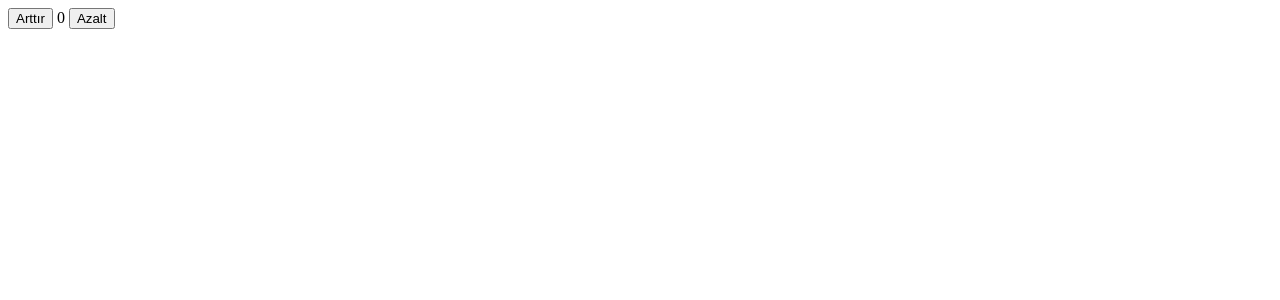
Repository: betulkalkan0101/jsdersleri
Page: index.html
The author's editor kept a copy of each file at every save. The page is drawn from the files as they stood at one save, then again after the next save.
The browser window is 1280 px wide. The pictures show the whole page.
After loading, the first visible `#azalt` was clicked once.

Above is the page before, as saved 2025-08-01 17:59:12.

### index.html
<!DOCTYPE html>
<html lang="en">
<head>
    <meta charset="UTF-8">
    <meta name="viewport" content="width=device-width, initial-scale=1.0">
    <title>Document</title>
</head>
<body>

    <button id="arttir" onclick="arttir()">Arttır</button>
    <span id="count">0</span>
    <button id="azalt" onclick="azalt()">Azalt</button>
</body>
<script src="script.js"></script>
</html>

### script.js


let sayi = 0;

const sayiElement = document.getElementById("count");

function guncelleSayi() {

    sayiElement.innerText = sayi;
}

function arttir() {
    sayi++;
    guncelleSayi()
}

function azalt() {
    sayi--;
}

After the next save:
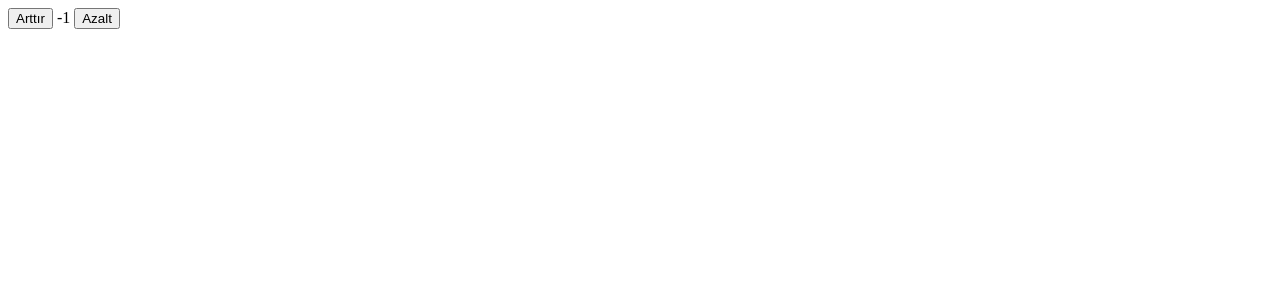
Saved 5 s later.
--- a/script.js
+++ b/script.js
@@ -16,4 +16,5 @@
 
 function azalt() {
     sayi--;
+    guncelleSayi()
 }

After the 3 saves that followed:
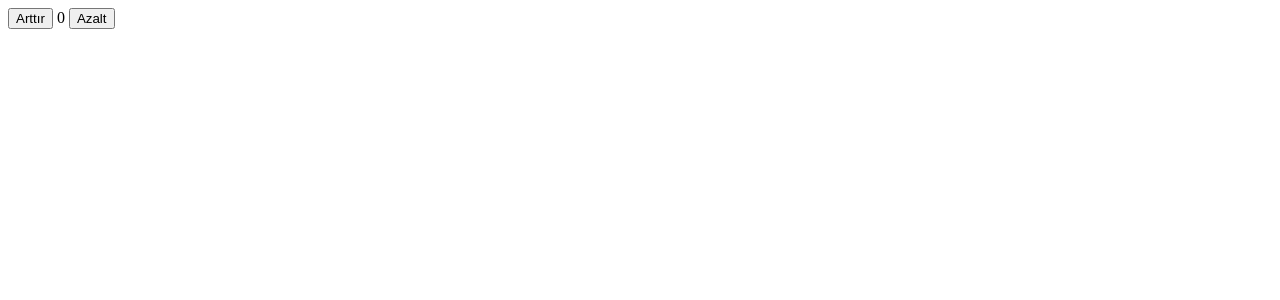
Console error: SyntaxError: Unexpected identifier 'sayi'
The 3 saves are shown as one change because 1 left the picture as it was and some came seconds apart.
The last was saved 52 s later.
--- a/script.js
+++ b/script.js
@@ -11,10 +11,11 @@
 
 function arttir() {
     sayi++;
-    guncelleSayi()
+    guncelleSayi();
 }
 
 function azalt() {
+    if
     sayi--;
-    guncelleSayi()
+    guncelleSayi();
 }
